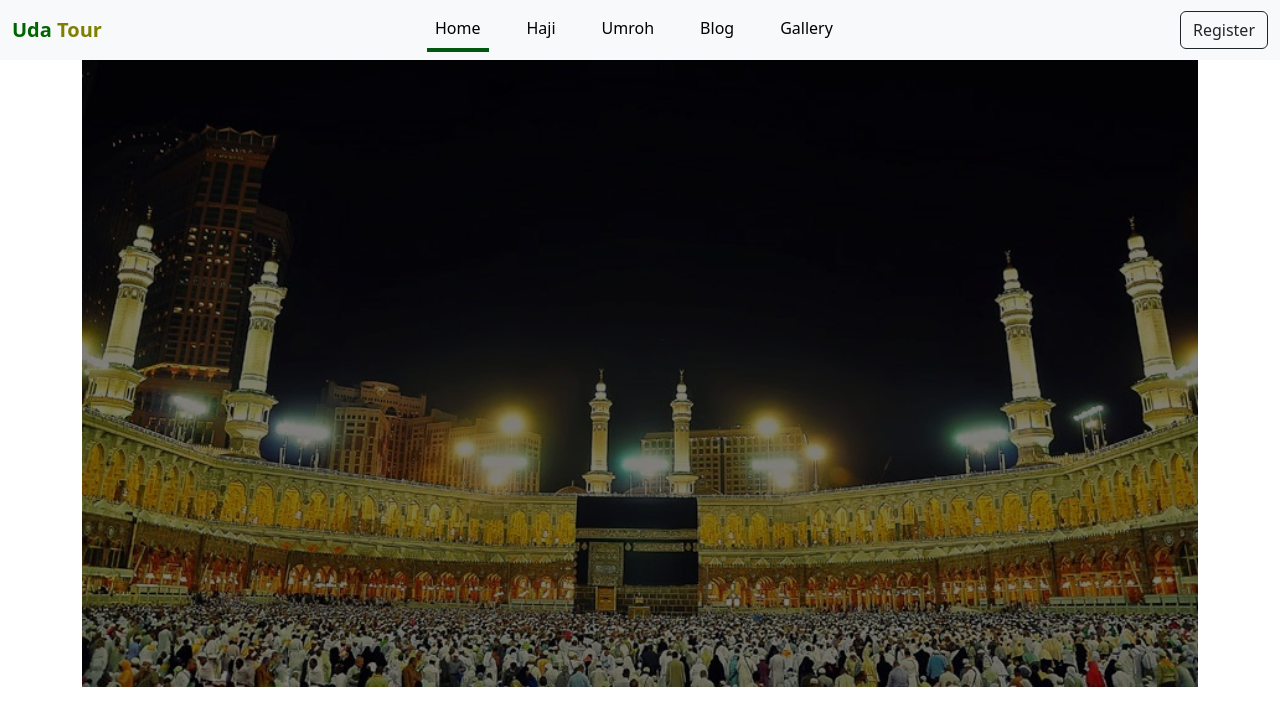
Repository: Putrabobi/Task7
Page: index.html
The author's editor kept a copy of each file at every save. The page is drawn from the files as they stood at one save, then again after the next save.
The browser window is 1280 px wide. The pictures show the whole page.

Above is the page before, as saved 2024-03-25 10:22:42.

After the next save:
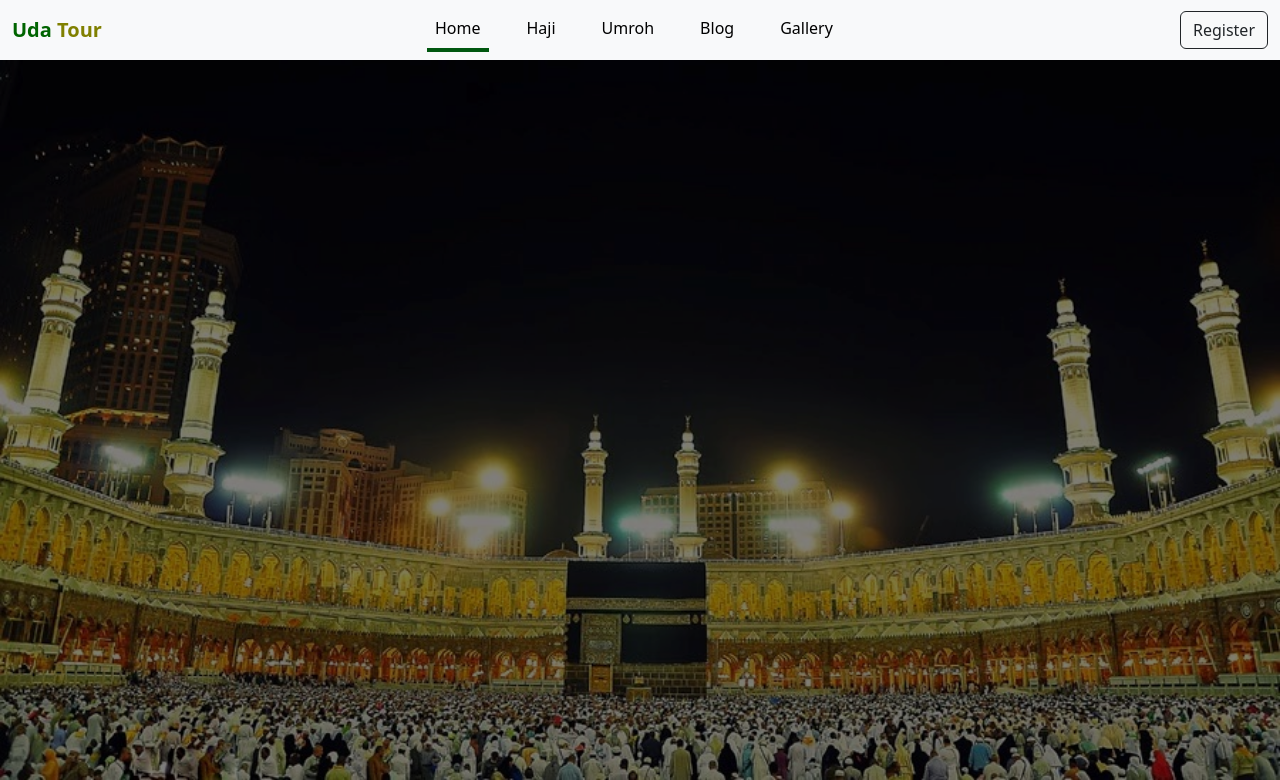
Saved 85 s later.
--- a/index.html
+++ b/index.html
@@ -10,7 +10,7 @@
 </head>
 
 <body>
-    <nav class="navbar navbar-expand-lg  bg-body-tertiary">
+    <nav class="navbar navbar-expand-lg bg-body-tertiary">
         <div class="container-fluid">
             <a class="navbar-brand" href="#">
                 <span style="color: darkgreen;" class="fw-bold">Uda</span>
@@ -25,7 +25,8 @@
             <div class="collapse navbar-collapse" id="navbarSupportedContent">
                 <ul class="navbar-nav me-auto mb-2 mb-lg-0 mx-auto">
                     <li class="nav-item" style="margin-right: 30px;">
-                        <a class="nav-link active" aria-current="page" href="#" style="border-bottom: 4px solid #00570f; color: #000000;">Home</a>
+                        <a class="nav-link active" aria-current="page" href="#"
+                            style="border-bottom: 4px solid #00570f; color: #000000;">Home</a>
                     </li>
                     <li class="nav-item" style="margin-right: 30px;">
                         <a class="nav-link" href="#" style="color: #000;">Haji</a>
@@ -46,8 +47,8 @@
         </div>
     </nav>
 
-    <div class="container">
-        <img src="images/mekkah.jpg" style="filter: brightness(50%);" alt="Mekkah" width="100%" height="100%">
+    <div class="container-fluid p-0">
+        <img src="images/mekkah.jpg" style="filter: brightness(50%);" alt="Mekkah" width="100%">
     </div>
 
 </body>

After the 5 saves that followed:
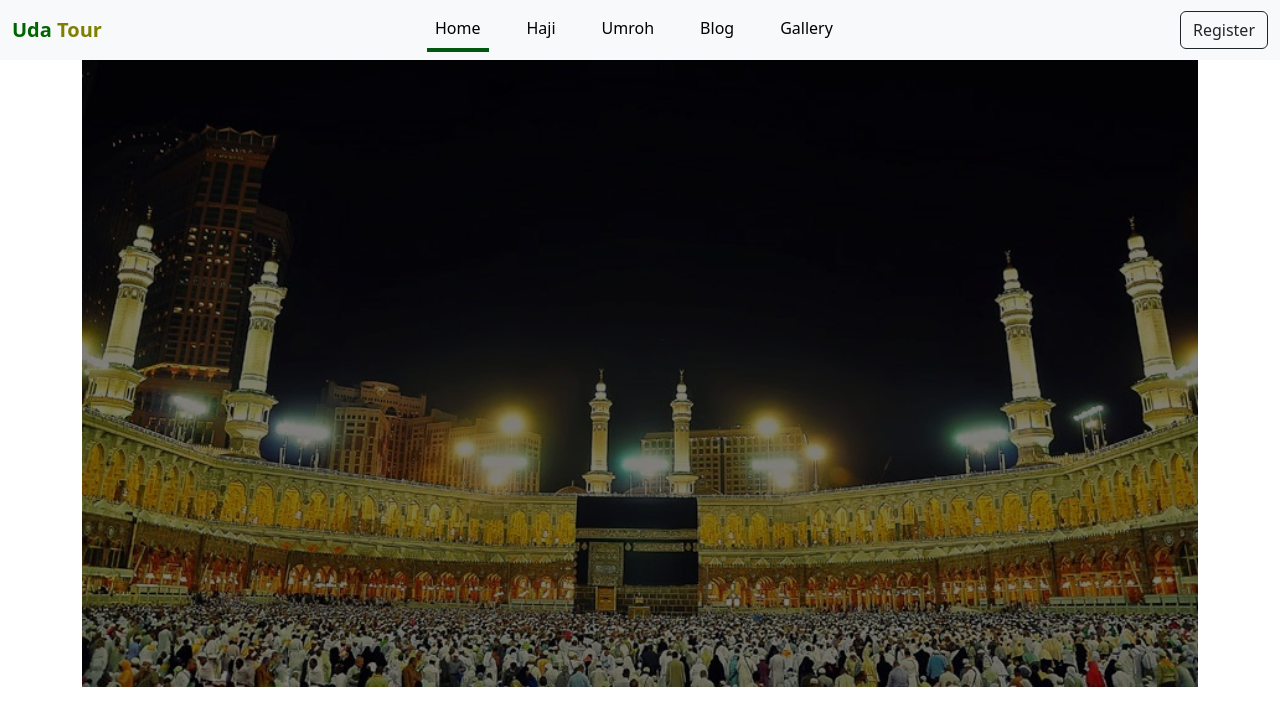
The 5 saves are shown as one change because 3 left the picture as it was and some came seconds apart.
The last was saved 83 s later.
--- a/index.html
+++ b/index.html
@@ -10,7 +10,7 @@
 </head>
 
 <body>
-    <nav class="navbar navbar-expand-lg bg-body-tertiary">
+    <nav class="navbar navbar-expand-lg  bg-body-tertiary">
         <div class="container-fluid">
             <a class="navbar-brand" href="#">
                 <span style="color: darkgreen;" class="fw-bold">Uda</span>
@@ -25,8 +25,7 @@
             <div class="collapse navbar-collapse" id="navbarSupportedContent">
                 <ul class="navbar-nav me-auto mb-2 mb-lg-0 mx-auto">
                     <li class="nav-item" style="margin-right: 30px;">
-                        <a class="nav-link active" aria-current="page" href="#"
-                            style="border-bottom: 4px solid #00570f; color: #000000;">Home</a>
+                        <a class="nav-link active" aria-current="page" href="#" style="border-bottom: 4px solid #00570f; color: #000000;">Home</a>
                     </li>
                     <li class="nav-item" style="margin-right: 30px;">
                         <a class="nav-link" href="#" style="color: #000;">Haji</a>
@@ -47,8 +46,8 @@
         </div>
     </nav>
 
-    <div class="container-fluid p-0">
-        <img src="images/mekkah.jpg" style="filter: brightness(50%);" alt="Mekkah" width="100%">
+    <div class="container">
+        <img src="images/mekkah.jpg" style="filter: brightness(50%);" alt="Mekkah" width="100%" height="100%">
     </div>
 
 </body>
